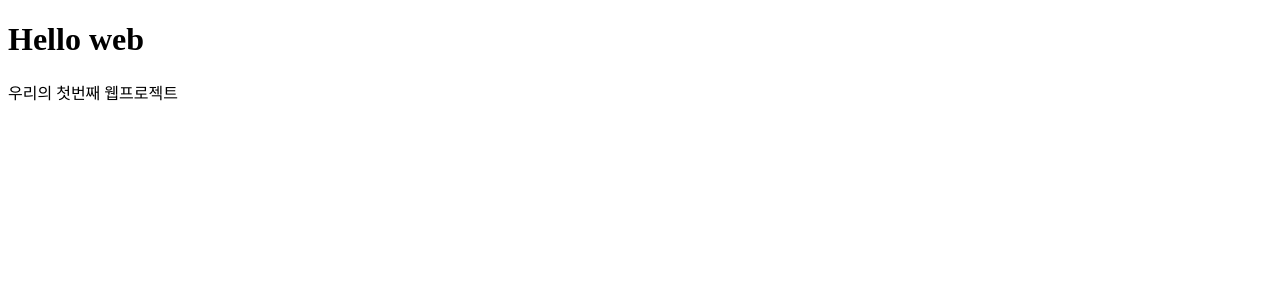
Repository: Sookyeong0505/web_server_workspace
Page: hello-web/src/main/webapp/index.html
These files come from the project's save history. The page is drawn as it stood at one moment and after the next save; the edit follows.
The browser window is 1280 px wide. The pictures show the whole page.

Above is the page before, as saved 2023-06-19 07:11:48.

After the next save:
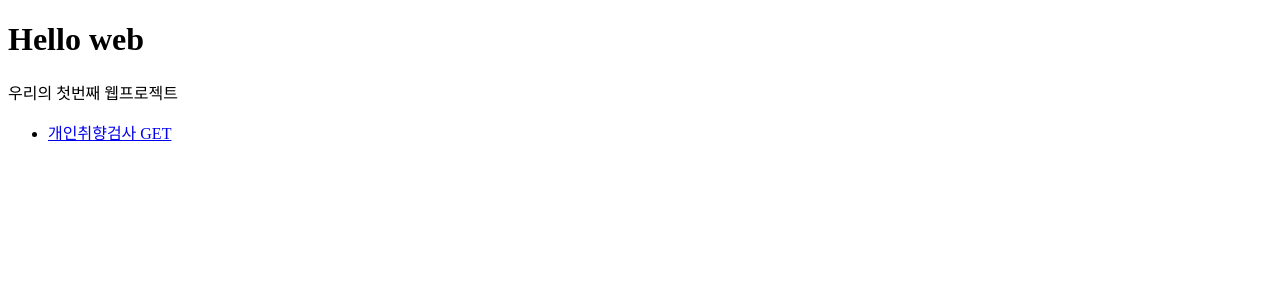
Saved 3 min 0 s later.
--- a/hello-web/src/main/webapp/index.html
+++ b/hello-web/src/main/webapp/index.html
@@ -7,5 +7,9 @@
 <body>
 	<h1>Hello web</h1>
 	<p>우리의 첫번째 웹프로젝트</p>
+
+	<ul>
+		<li><a href="/web/servlet/testPerson1.html">개인취향검사 GET</a></li>
+	</ul>
 </body>
 </html>
